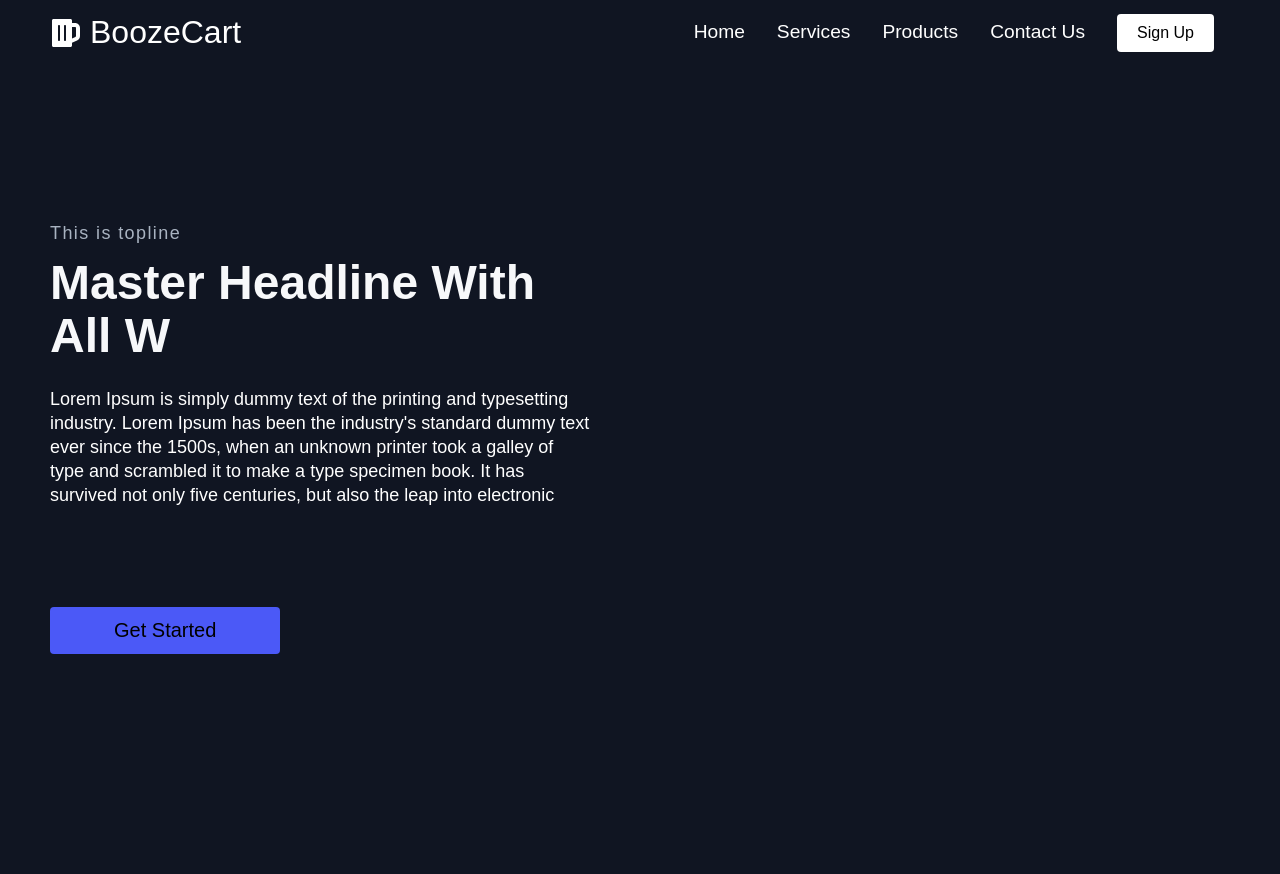
Repository: ajaygc95/Django-and-react
Page: / (app in galamart_sell/boozecart/)
The author's editor kept a copy of each file at every save. The page is drawn from the files as they stood at one save, then again after the next save.
The browser window is 1280 px wide. The pictures show the whole page.
The project was rebuilt for these pictures with package versions that can differ from the ones it lists, and the page was loaded fresh each time.

Above is the page before, as saved 2021-04-13 00:10:07.

### galamart_sell/boozecart/src/App.js
import { Navbar } from "./components";
import { BrowserRouter as Router, Switch, Route } from "react-router-dom";
import GlobalStyle from "./globalStyles";
import Home from "./pages/HomePage/Home";
function App() {
  return (
    <Router>
      <GlobalStyle />
      <Navbar></Navbar>
      <Switch>
        <Route path="/" exact component={Home}></Route>
      </Switch>
    </Router>
  );
}

export default App;

### galamart_sell/boozecart/src/components/index.js
export { default as Navbar } from "./NavBar/Navbar";
export { default as InfoSection } from "./InfoSection/InfoSection";

### galamart_sell/boozecart/src/globalStyles.js
import styled, { createGlobalStyle } from "styled-components";

const GlobalStyle = createGlobalStyle`
*{
    box-sizing: border-box;
    margin: 0;
    padding: 0;
    font-family: 'Source Sans Pro', sans-serif;
}

`;

export const Container = styled.div`
  z-index: 1;
  width: 100%;
  margin-right: auto;
  margin-left: auto;
  max-width: 1300px;
  padding-right: 50px;
  padding-left: 50px;

  @media screen and (max-width: 991px) {
    padding-right: 30px;
    padding-left: 30px;
  }
`;

export const Button = styled.button`
  border-radius: 4px;
  background: ${({ primary }) => (primary ? "#4b59f7" : "white")};
  white-space: nowrap;
  padding: ${({ big }) => (big ? "12px 64px" : "10px 20px")};
  font-size: ${({ fontBig }) => (fontBig ? "20px" : "16px")};
  outline: none;
  border: none;
  cursor: pointer;

  &:hover {
    transition: all 0.3s ease-out;
    background: ${({ primary }) => (primary ? "#0467fb" : "#4b59f7")};
    color: white;
  }

  @media screen and (max-width: 960px) {
    width: 100%;
  }
`;

export default GlobalStyle;

### galamart_sell/boozecart/src/pages/HomePage/Home.js
import React from "react";
import { InfoSection } from "../../components";
import { homeObj } from "./Data";

const Home = () => {
  return (
    <>
      <InfoSection {...homeObj}></InfoSection>
    </>
  );
};

export default Home;

### galamart_sell/boozecart/src/components/NavBar/Navbar.js
import React, { useEffect, useState } from "react";
import { FaBars, FaTimes } from "react-icons/fa";
import { Button } from "../../globalStyles";

import {
  Nav,
  NavbarContainer,
  NavIcon,
  NavLogo,
  MobileIcon,
  NavMenu,
  NavItem,
  NavLinks,
  NavItemBtn,
  NavBtnLink,
} from "./Navbar.element";

const Navbar = () => {
  const [click, setClick] = useState(false);
  const [button, setButton] = useState(true);
  const handleClick = () => setClick(!click);

  const showButton = () => {
    if (window.innerWidth <= 960) {
      setButton(false);
    } else {
      setButton(true);
    }
  };

  useEffect(() => {
    showButton();
  });
  window.addEventListener("resize", showButton);
  return (
    <>
      <Nav>
        <NavbarContainer>
          <NavLogo to="/">
            <NavIcon />
            BoozeCart
          </NavLogo>
          <MobileIcon onClick={handleClick}>
            {click ? <FaTimes /> : <FaBars />}
          </MobileIcon>
          <NavMenu onClick={handleClick} click={click}>
            <NavItem>
              <NavLinks to="/">Home</NavLinks>
            </NavItem>
            <NavItem>
              <NavLinks to="/services">Services</NavLinks>
            </NavItem>
            <NavItem>
              <NavLinks to="/Products">Products</NavLinks>
            </NavItem>
            <NavItem>
              <NavLinks to="/contact">Contact Us</NavLinks>
            </NavItem>
            <NavItemBtn>
              {button ? (
                <NavBtnLink to="/sign-up">
                  <Button> Sign Up</Button>
                </NavBtnLink>
              ) : (
                <NavBtnLink to="/sign-up">
                  <Button fontBig primary>
                    Sign Up
                  </Button>
                </NavBtnLink>
              )}
            </NavItemBtn>
          </NavMenu>
        </NavbarContainer>
      </Nav>
    </>
  );
};

export default Navbar;

### galamart_sell/boozecart/src/components/InfoSection/InfoSection.js
import React from "react";
import { Link } from "react-router-dom";
import { Button, Container } from "../../globalStyles";
import {
  Heading,
  InfoColumn,
  InfoRow,
  InfoSec,
  Subtitle,
  TextWrapper,
  TopLine,
} from "./InfoSection.element";

const InfoSection = ({
  primary,
  lightBg,
  imgStart,
  lightTopLine,
  lightTextDesc,
  buttonLabel,
  description,
  headline,
  lightText,
  topLine,
}) => {
  return (
    <>
      <InfoSec lightBg={lightBg}>
        <Container>
          <InfoRow imgStart={imgStart}>
            <InfoColumn>
              <TextWrapper>
                <TopLine lightTopLine={lightTopLine}>{topLine}</TopLine>
                <Heading lightText={lightText}>{headline}</Heading>
                <Subtitle lightText={lightTextDesc}>{description}</Subtitle>
                <Link to="/sign-up">
                  <Button big fontBig primary={primary}>
                    {buttonLabel}
                  </Button>
                </Link>
              </TextWrapper>
            </InfoColumn>
          </InfoRow>
        </Container>
      </InfoSec>
    </>
  );
};

export default InfoSection;

### galamart_sell/boozecart/src/pages/HomePage/Data.js
export const homeObj = {
  lightBg: false,
  primary: true,
  lightBg: false,
  imgStart: "",
  lightTopLine: true,
  lightTextDesc: true,
  buttonLabel: "Get Started",
  description:
    "  Lorem Ipsum is simply dummy text of the printing and typesetting industry. Lorem Ipsum has been the industry's standard dummy text ever since the 1500s, when an unknown printer took a galley of type and scrambled it to make a type specimen book. It has survived not only five centuries, but also the leap into electronic ",
  headline: "Master Headline With All W",
  lightText: true,
  topLine: "This is topline",
};

### galamart_sell/boozecart/src/components/NavBar/Navbar.element.js
import styled from "styled-components";
import { Container } from "../../globalStyles";
import { Link } from "react-router-dom";
import { FaBeer } from "react-icons/fa";

export const Nav = styled.nav`
  background: #101522;
  height: 65px;
  display: flex;
  justify-content: center;
  align-items: center;
  font-size: 1.2rem;
  position: sticky;
  top: 0;
  z-index: 999;
  color: white;
`;

export const NavbarContainer = styled(Container)`
  display: flex;
  justify-content: space-between;
  align-items: center;
  height: 65px;
$(Container)

`;

export const NavLogo = styled(Link)`
  color: #fff;
  justify-self: flex-start;
  cursor: pointer;
  text-decoration: none;
  font-size: 2rem;
  display: flex;
  align-items: center;
`;

export const NavIcon = styled(FaBeer)`
  margin-right: 0.5rem;
  color: white;
`;

export const MobileIcon = styled.div`
  display: none;

  @media screen and (max-width: 960px) {
    display: flex;
    align-items: center;
    display: block;
    position: absolute;
    right: 10px;
    line-height: 65px;
    font-size: 2rem;
    cursor: pointer;
  }
`;

export const NavMenu = styled.ul`
  display: flex;
  align-items: center;
  text-align: center;
  list-style: none;

  @media screen and (max-width: 960px) {
    display: flex;
    flex-direction: column;
    width: 100%;
    height: 90vh;
    position: absolute;
    top: 65px;
    left: ${({ click }) => (click ? 0 : "-100%")};
    opacity: 1;
    transition: all 0.3s ease;
    background: #101522;
  }
`;

export const NavItem = styled.li`
  height: 65px;
  border-bottom: 2px solid transparent;

  &:hover {
    border-bottom: 2px solid #0467fb;
  }

  @media screen and (max-width: 960px) {
    width: 100%;
    align-items: center;
    &:hover {
      border: none;
    }
  }
`;

export const NavLinks = styled(Link)`
  color: #fff;
  display: flex;
  align-items: center;
  text-decoration: none;
  padding: 0.5rem 1rem;
  height: 100%;

  &:hover {
    color: #0467fb;
  }

  @media screen and (max-width: 960px) {
    text-align: center;
    padding: 2rem;
    width: 100%;
    display: table;

    &:hover {
      color: #4b59f7;
      transition: all 0.3s ease;
    }
  }
`;

export const NavItemBtn = styled.li`
  display: flex;
  @media screen and (max-width: 960px) {
    display: flex;
    justify-content: center;
    width: 100%;
    width: 100%;
    height: 120px;
  }
`;

export const NavBtnLink = styled(Link)`
  display: flex;
  justify-content: center;
  align-items: center;
  text-decoration: none;
  padding: 8px 16px;
  height: 100%;
  width: 100%;
  border: none;
  outline: none;
`;

### galamart_sell/boozecart/src/components/InfoSection/InfoSection.element.js
import styled from "styled-components";

export const InfoSec = styled.div`
  color: #fff;
  padding: 160px 0;
  background: ${({ lightBg }) => (lightBg ? "#fff" : "#101522")};
`;

export const InfoRow = styled.div`
  display: flex;
  margin: 0 -15px -15px -15px;
  flex-wrap: wrap;
  align-items: center;
  flex-direction: ${({ imgStart }) => (imgStart ? "row-reverse" : "row")};
`;

export const InfoColumn = styled.div`
  margin-bottom: 15px;
  padding-right: 15px;
  padding-left: 15px;
  flex: 1;
  max-width: 50%;
  flex-basis: 50%;

  @media screen and (max-width: 768px) {
    max-width: 100%;
    flex-basis: 100%;
    display: flex;
    justify-content: center;
  }
`;

export const TextWrapper = styled.div`
  max-width: 540px;
  padding-top: 0;
  padding-bottom: 60px;

  @media screen and (max-width: 768px) {
    padding-bottom: 65px;
  }
`;

export const TopLine = styled.div`
  color: ${({ lightTopLine }) => (lightTopLine ? "#a9b3c1" : "#4b59f7")};
  font-size: 18px;
  line-height: 16px;
  letter-spacing: 1.4px;
  margin-bottom: 16px;
`;

export const Heading = styled.h1`
  margin-bottom: 24px;
  font-size: 48px;
  line-height: 1.1;
  color: ${({ lightText }) => (lightText ? "#f7f8fa" : "#1c2237")};
`;

export const Subtitle = styled.p`
  margin-bottom: 100px;
  font-size: 35px;
  font-size: 18px;
  line-height: 24px;
  color: ${({ lightTextDesc }) => (lightTextDesc ? "white" : "white")};
`;

Loaded but not shown: galamart_sell/boozecart/public/index.html (common file); galamart_sell/boozecart/src/index.js (common file)

After the next save:
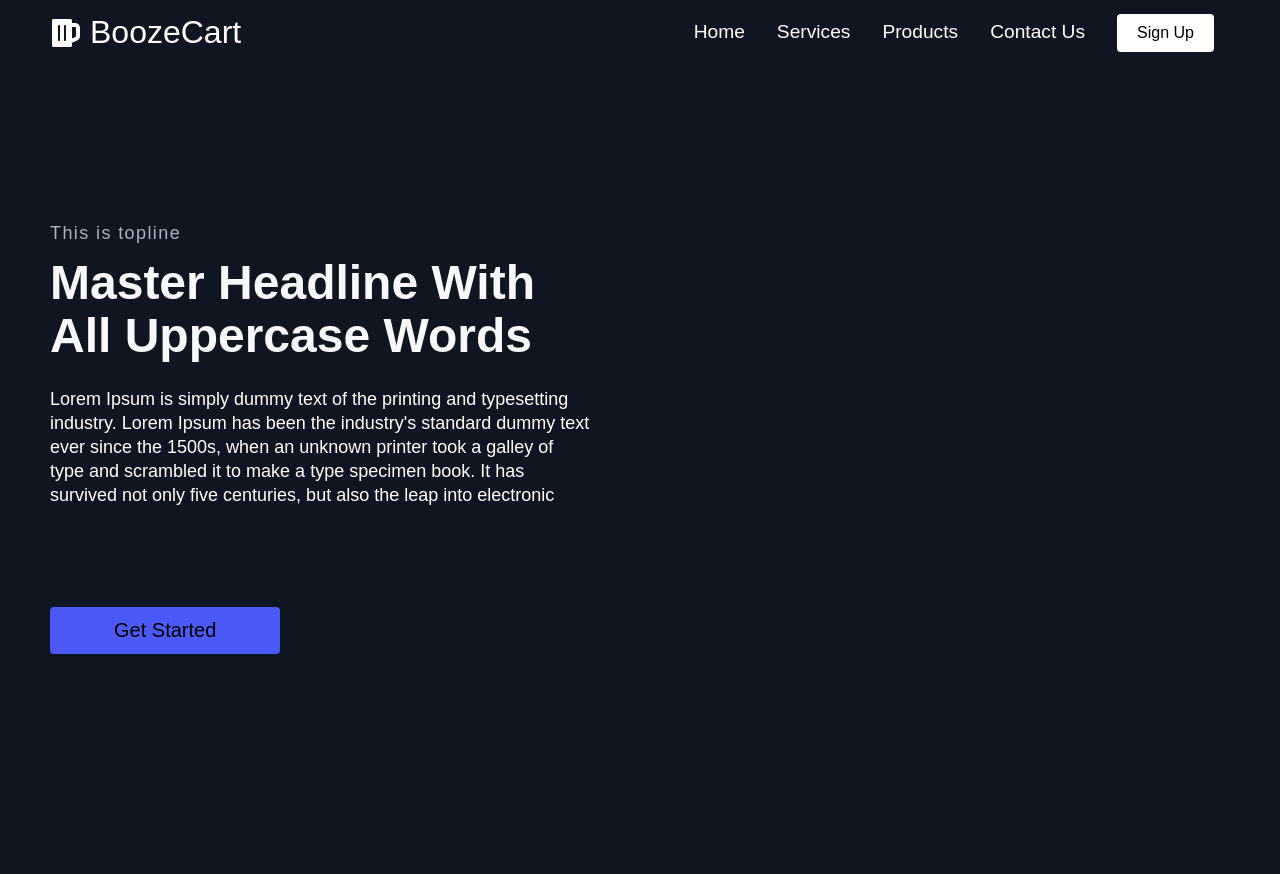
Saved 10 s later.
--- a/galamart_sell/boozecart/src/pages/HomePage/Data.js
+++ b/galamart_sell/boozecart/src/pages/HomePage/Data.js
@@ -8,7 +8,7 @@ export const homeObj = {
   buttonLabel: "Get Started",
   description:
     "  Lorem Ipsum is simply dummy text of the printing and typesetting industry. Lorem Ipsum has been the industry's standard dummy text ever since the 1500s, when an unknown printer took a galley of type and scrambled it to make a type specimen book. It has survived not only five centuries, but also the leap into electronic ",
-  headline: "Master Headline With All W",
+  headline: "Master Headline With All Uppercase Words",
   lightText: true,
   topLine: "This is topline",
 };
